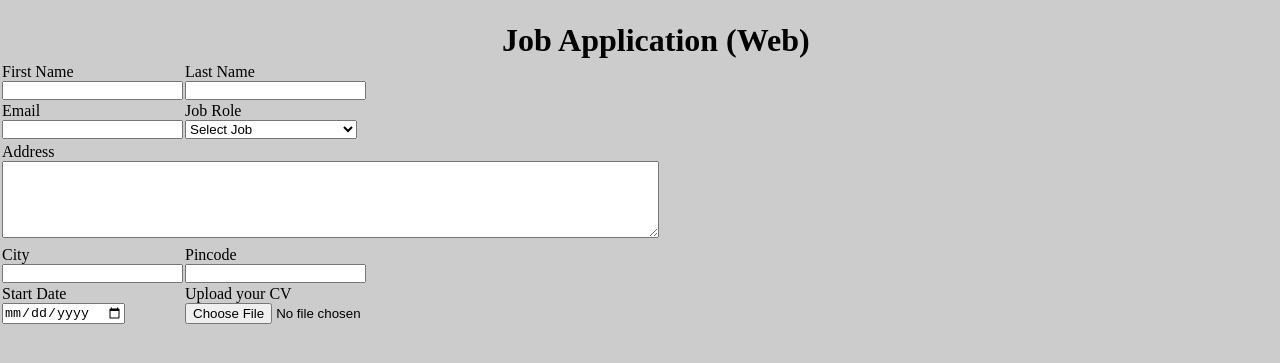
Repository: diensy/JOB-APPLICATION
Page: index.html
An editor plug-in stored every save of this project. The page is shown before and after the next save, followed by the edit.
The browser window is 1280 px wide. The pictures show the whole page.

Above is the page before, as saved 2024-02-27 01:13:44.

After the next save:
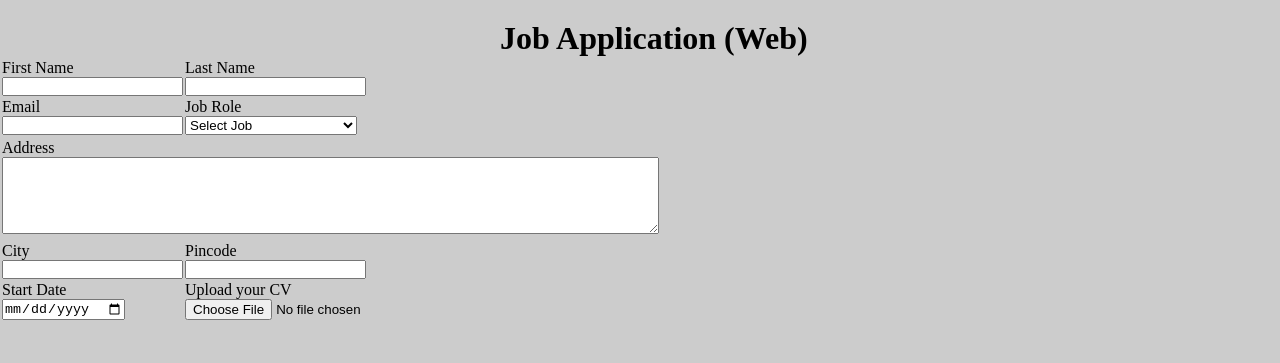
Saved 15 s later.
--- a/index.html
+++ b/index.html
@@ -9,15 +9,7 @@
   <body>
     <form action="">
       <div class="container">
-        <table>
-          <tr>
-            <td>
-              <h1 class="head">
-                Job Application <span class="web">(Web)</span>
-              </h1>
-            </td>
-          </tr>
-        </table>
+        <h1 class="head">Job Application <span class="web">(Web)</span></h1>
       </div>
 
       <table>
